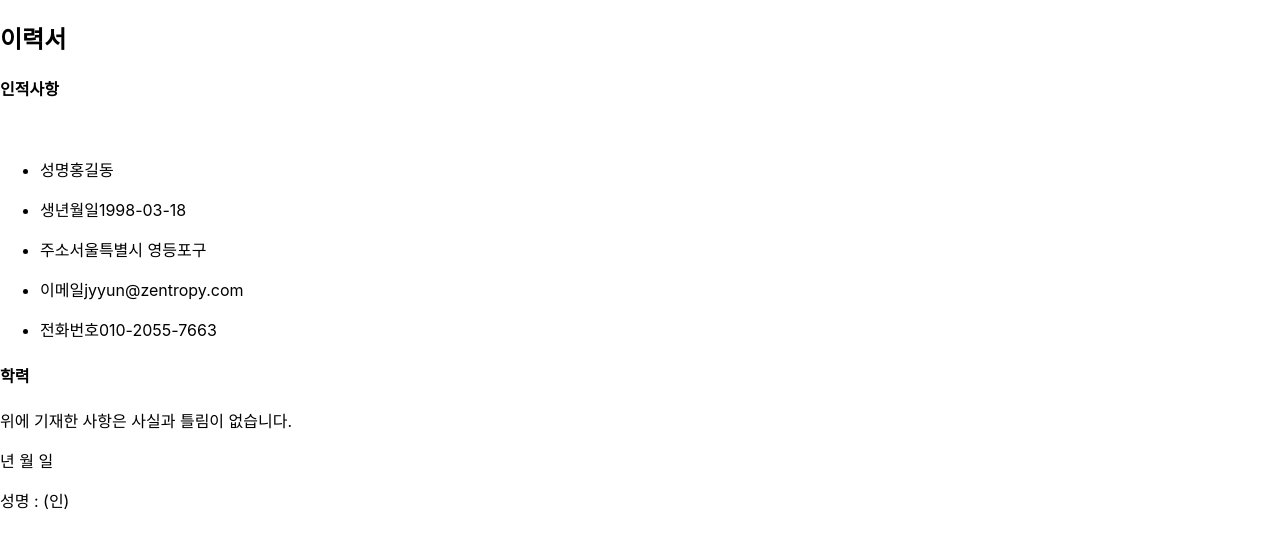
Repository: jiyeonyun/Resume
Page: / (app in resumes/)
These files come from the project's save history. The page is drawn as it stood at one moment and after the next save; the edit follows.
The browser window is 1280 px wide. The pictures show the whole page.
The project was rebuilt for these pictures with package versions that can differ from the ones it lists, and the page was loaded fresh each time. Also part of the build but not shown: resumes/src/App.module.css.

Above is the page before, as saved 2022-05-25 15:03:36.

### resumes/src/App.jsx
import { useState } from "react";
import styles from "./App.module.css";
import Educational from "./components/educationalHIstory/educational";
import Footer from "./components/footer/footer";
import Header from "./components/header/header";
import PersonalInfo from "./components/personalInfo/personalInfo";
function App() {
  const [personalInfoData, setPersonalInfoData] = useState({
    name: "홍길동",
    birth: "1998-03-18",
    adress: "서울특별시 영등포구",
    email: "jyyun@zentropy.com",
    number: "010-2055-7663",
  });
  return (
    <div className="App">
      <Header />
      <PersonalInfo personalInfoData={personalInfoData} />
      <Educational />
      <Footer />
    </div>
  );
}

export default App;

### resumes/src/components/educationalHIstory/educational.jsx
import React from "react";
import edudata from "../../data/edudata";
const Educational = (props) => {
  console.log(edudata);
  return (
    <section>
      <h4>학력</h4>
      <ul>
        {edudata.map((data, i) => {
          console.log(data.content);
        })}
      </ul>
    </section>
  );
};

export default Educational;

### resumes/src/components/footer/footer.jsx
import React from "react";

const Footer = (props) => {
  return (
    <footer>
      <p>위에 기재한 사항은 사실과 틀림이 없습니다.</p>
      <p>년 월 일</p>
      <p>성명 : (인) </p>
    </footer>
  );
};

export default Footer;

### resumes/src/components/header/header.jsx
import React from "react";

const Header = (props) => {
  return (
    <header>
      <h2>이력서</h2>
    </header>
  );
};

export default Header;

### resumes/src/components/personalInfo/personalInfo.jsx
import React from "react";

const PersonalInfo = ({ personalInfoData }) => {
  return (
    <section>
      <h4>인적사항</h4>
      <div>
        <div>
          <img src="" alt="" />
        </div>
        <div>
          <ul>
            <li>
              <span>성명</span>
              <span>{personalInfoData.name}</span>
            </li>
          </ul>
          <ul>
            <li>
              <span>생년월일</span>
              <span>{personalInfoData.birth}</span>
            </li>
          </ul>
          <ul>
            <li>
              <span>주소</span>
              <span>{personalInfoData.adress}</span>
            </li>
          </ul>
          <ul>
            <li>
              <span>이메일</span>
              <span>{personalInfoData.email}</span>
            </li>
          </ul>
          <ul>
            <li>
              <span>전화번호</span>
              <span>{personalInfoData.number}</span>
            </li>
          </ul>
        </div>
      </div>
    </section>
  );
};

export default PersonalInfo;

### resumes/src/data/edudata.js
export default [
  {
    date: "2014.03 ~ 2017.02",
    content: "@@ 고등학교",
    grade: "인문계",
    gradu: true,
  },
  {
    date: "2017.03 ~ 2020.08",
    content: "@@ 대학교 경영정보학 전공",
    grade: "4.0/4.5",
    gradu: true,
  },
  {
    date: "2020.09 ~ 2023.09",
    content: "@@ 대학교 @@ 대학원 경영정보학 전공",
    grade: "4.0/4.5",
    gradu: true,
  },
];

Loaded but not shown: resumes/public/index.html (common file); resumes/src/index.js (common file); resumes/src/index.css (common file); resumes/src/reportWebVitals.js (common file)

After the next save:
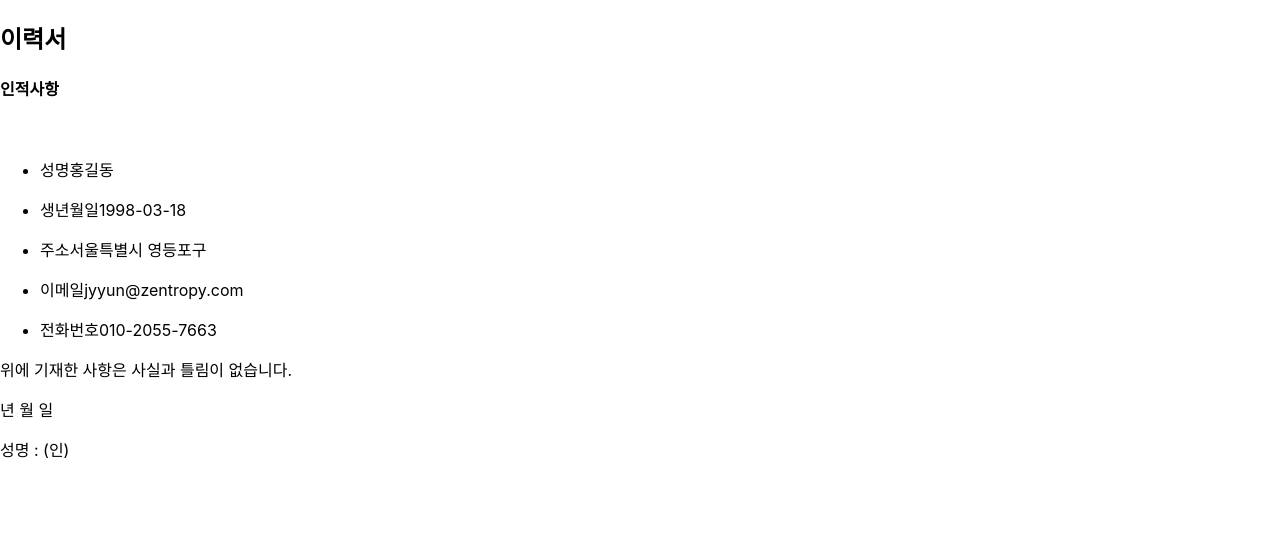
Saved 49 s later.
--- a/resumes/src/components/educationalHIstory/educational.jsx
+++ b/resumes/src/components/educationalHIstory/educational.jsx
@@ -2,16 +2,7 @@ import React from "react";
 import edudata from "../../data/edudata";
 const Educational = (props) => {
   console.log(edudata);
-  return (
-    <section>
-      <h4>학력</h4>
-      <ul>
-        {edudata.map((data, i) => {
-          console.log(data.content);
-        })}
-      </ul>
-    </section>
-  );
+  return <></>;
 };
 
 export default Educational;
